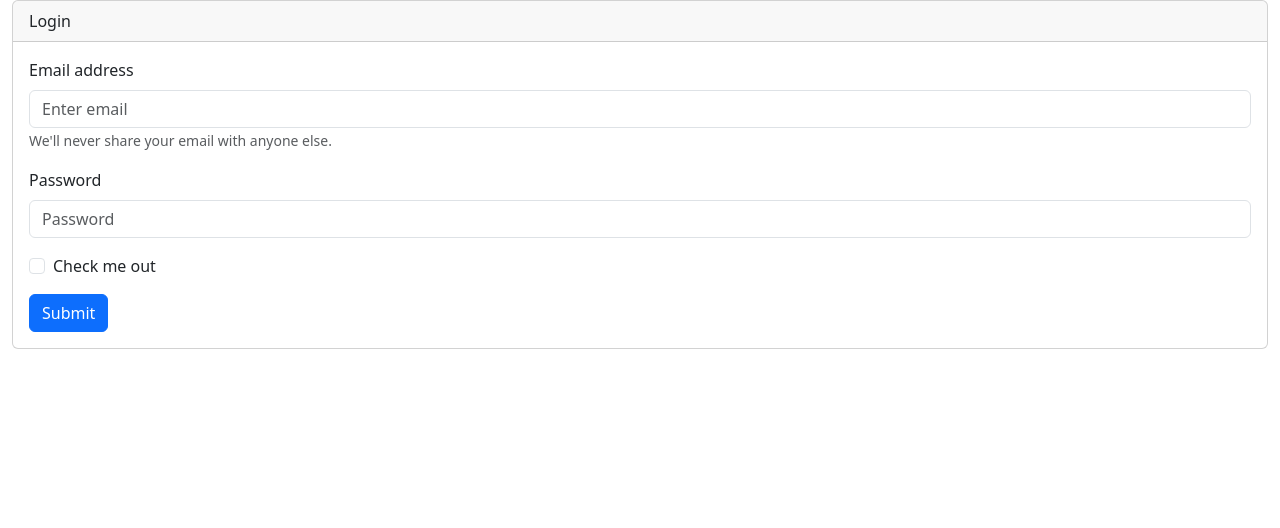
Repository: trider/react-task-app
Page: /
The author's editor kept a copy of each file at every save. The page is drawn from the files as they stood at one save, then again after the next save.
The browser window is 1280 px wide. The pictures show the whole page.
The project was rebuilt for these pictures with package versions that can differ from the ones it lists, and the page was loaded fresh each time.

Above is the page before, as saved 2024-05-02 15:50:40.

### src/App.js

import 'bootstrap/dist/css/bootstrap.min.css';
import Container from 'react-bootstrap/Container';



import LoginForm from "./pages/Login";



let App = () => {
  return (
    <div>
       <Container fluid>
          <LoginForm />
       </Container>

    </div>


  );
}


export default App;

### src/pages/Login.js

import Button from 'react-bootstrap/Button';
import Form from 'react-bootstrap/Form';
import Card from 'react-bootstrap/Card';

const LoginForm =()=> {
  return (
  <Card>
    <Card.Header>Login</Card.Header>
    <Card.Body>
    <Form>
      <Form.Group className="mb-3" controlId="formBasicEmail">
        <Form.Label>Email address</Form.Label>
        <Form.Control type="email" placeholder="Enter email" />
        <Form.Text className="text-muted">
          We'll never share your email with anyone else.
        </Form.Text>
      </Form.Group>

      <Form.Group className="mb-3" controlId="formBasicPassword">
        <Form.Label>Password</Form.Label>
        <Form.Control type="password" placeholder="Password" />
      </Form.Group>
      <Form.Group className="mb-3" controlId="formBasicCheckbox">
        <Form.Check type="checkbox" label="Check me out" />
      </Form.Group>
      <Button variant="primary" type="submit">
        Submit
      </Button>
    </Form>
    </Card.Body>
  </Card>

  );
}

export default LoginForm;

Loaded but not shown: public/index.html (common file); src/index.js (common file); src/index.css (common file); src/reportWebVitals.js (common file)

After the next save:
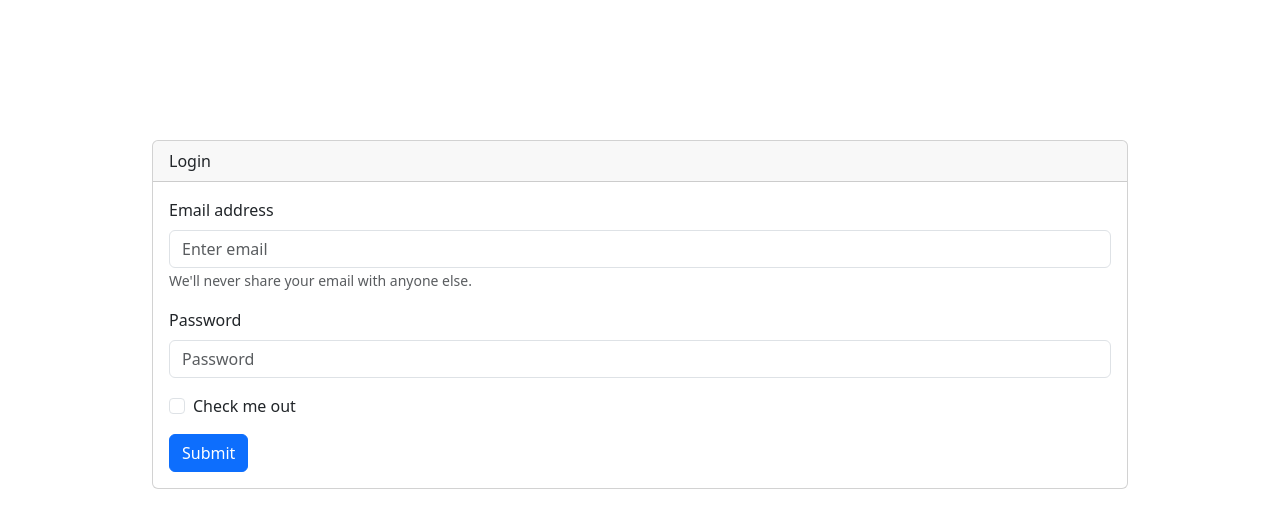
Saved 78 s later.
--- a/src/App.js
+++ b/src/App.js
@@ -10,7 +10,7 @@ import LoginForm from "./pages/Login";
 
 let App = () => {
   return (
-    <div>
+    <div style={{padding:"140px"}}>
        <Container fluid>
           <LoginForm />
        </Container>
